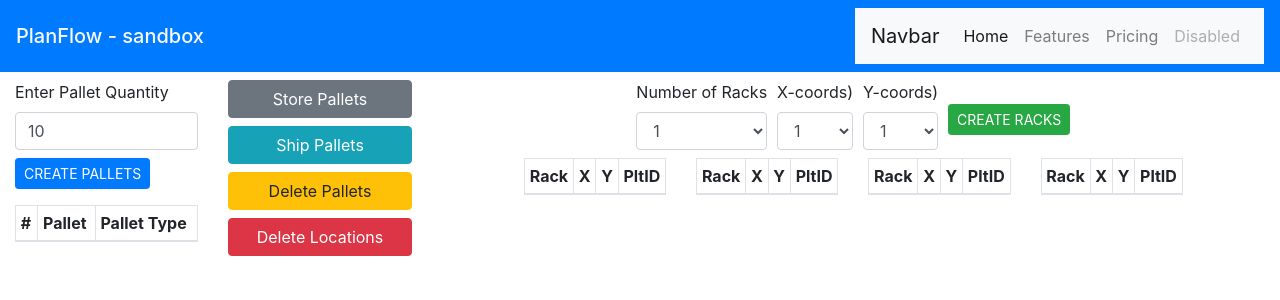
Repository: gholler76/planflow
Page: http://localhost/planflow/WEB-INF/home.jsp
These files come from the project's save history. The page is drawn as it stood at one moment and after the next save; the edit follows.
The browser window is 1280 px wide. The pictures show the whole page.
The page is served by Tomcat 9. Nobody is signed in. The template is opened directly, without the code that normally fills it, so the values that code supplies are empty.

Above is the page before, as saved 2021-05-28 14:01:25.

After the next save:
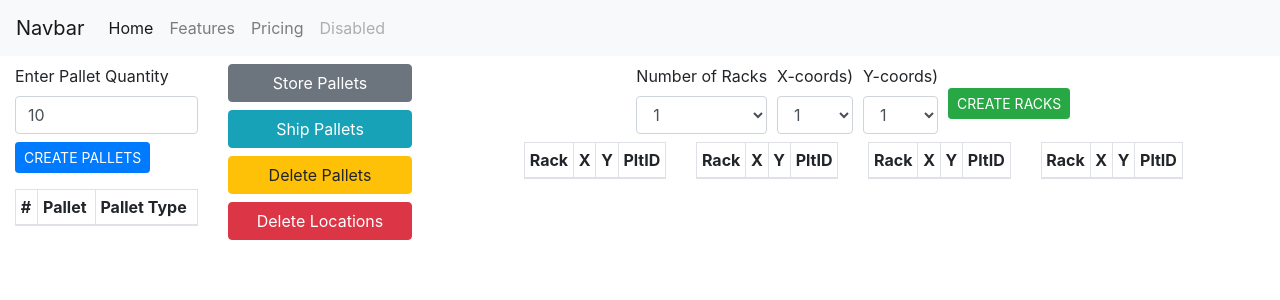
Saved 83 s later.
--- a/planflow/src/main/webapp/WEB-INF/home.jsp
+++ b/planflow/src/main/webapp/WEB-INF/home.jsp
@@ -15,9 +15,7 @@
     <link rel="stylesheet" href="https://cdn.jsdelivr.net/npm/bootstrap@4.6.0/dist/css/bootstrap.min.css" integrity="sha384-B0vP5xmATw1+K9KRQjQERJvTumQW0nPEzvF6L/Z6nronJ3oUOFUFpCjEUQouq2+l" crossorigin="anonymous">
 </head>
 <body>
-	<nav class="navbar text-light bg-primary">
-		<span class="navbar-brand mb-0 h1">PlanFlow - sandbox</span>
- 		<nav class="navbar navbar-expand-lg navbar-light bg-light">
+	<nav class="navbar navbar-expand-lg navbar-light bg-light">
 	  <a class="navbar-brand" href="#">Navbar</a>
 	  <button class="navbar-toggler" type="button" data-toggle="collapse" data-target="#navbarNavAltMarkup" aria-controls="navbarNavAltMarkup" aria-expanded="false" aria-label="Toggle navigation">
 	    <span class="navbar-toggler-icon"></span>
@@ -30,7 +28,6 @@
 	      <a class="nav-link disabled" href="#" tabindex="-1" aria-disabled="true">Disabled</a>
 	    </div>
 	  </div>
-	</nav>
 	</nav>
 	<div class="container-fluid">
 		<div class="row justify-content-between">
